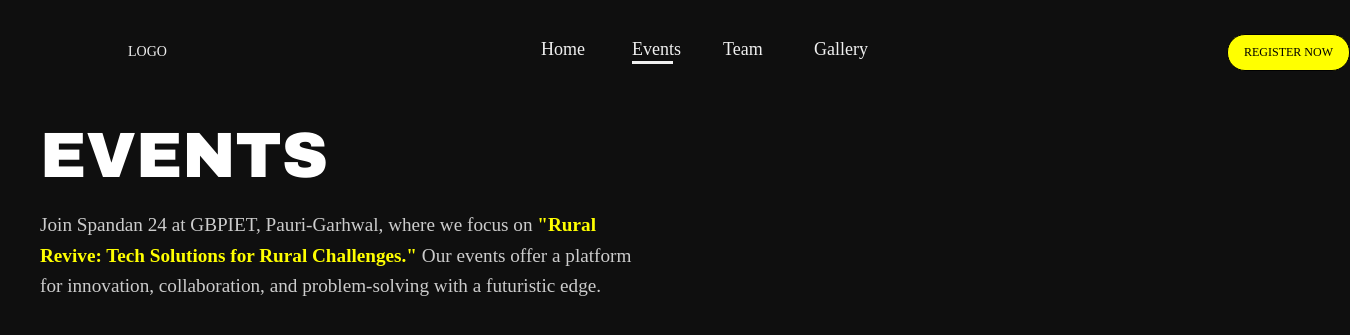
Repository: s4bbi/spandan-3.0
Page: /Events
The author's editor kept a copy of each file at every save. The page is drawn from the files as they stood at one save, then again after a run of saves.
The browser window is 1280 px wide. The page is 1350 px wide, so the pictures cover 1350 px, including what lies to the right of the window. The pictures show the whole page.
The project was rebuilt for these pictures with package versions that can differ from the ones it lists, and the page was loaded fresh each time. Also part of the build but not shown: vite.config.js, src/pages/Home/Home.jsx.

Above is the page before, as saved 2024-11-02 02:22:08.

### src/App.jsx
import React from 'react'
import Navbar from './components/Navbar/Navbar'
import { Route, Routes } from 'react-router-dom'
import Home from  './pages/Home/Home'
import Events from  './pages/Events/Events'


const App = () => {
  return (
    <div className='app'>
      <Navbar/>
      { <Routes>
        <Route path="/" element={<Home />} />
        <Route path="Events" element={<Events />} />
      </Routes> }
    </div>
  )
}

export default App

### src/components/Navbar/Navbar.jsx
import React, {useState} from 'react'
import './Navbar.css'
// import {assets} from'../../assets/assets'
const Navbar = () => {

  const [menu,setMenu] = useState("Events");
  return (
    <div className='navbar'>
        <h1 className="logo">LOGO</h1>
        <ul className="navbar-menu">
            <li onClick={()=>setMenu("Home")} className={menu=="Home"?"active":""}>Home</li>
            <li onClick={()=>setMenu("Events")} className={menu=="Events"?"active":""}>Events</li>
            <li onClick={()=>setMenu("Team")} className={menu=="Team"?"active":""}>Team</li>
            <li onClick={()=>setMenu("Gallery")} className={menu=="Gallery"?"active":""}>Gallery</li>
        </ul>


        <button>REGISTER NOW</button>
     </div>

  )
}

export default Navbar

### src/pages/Events/Events.jsx
import React from 'react'
import './Events.css'
import HeroSection from '../../components/HeroSection/HeroSection'

const Events = () => {
  return (
    <div>
      <HeroSection/>
    </div>
  )
}

export default Events

### src/components/Navbar/Navbar.css
.navbar{
    width: 1222px;
    height: 37px;
    margin-top: 34px;
    margin-left: 128px;
    border-radius: 20px 0px 0px 0px;
    display: flex;
    justify-content: space-between;
    align-items: center;
}

.logo{
    width: 41px;
    height: 17px;
    font-family: Gilroy-Light;
    font-size: 14px;
    font-weight: 400;
    line-height: 16.8px;
    text-align: left;
    color:#F0F0F0;
   }

.navbar-menu{
    display:flex;
    list-style:none;
    gap:50px;
    color:#F0F0F0;
    ;
   }

.navbar button{
    background:transparent;
    font-size: 12px;
    background-color:#FFFF00;
    font-family: Gilroy-SemiBold;
    border: 1px solid #010101;
    ;
    padding: 10px 16px 10px 16px;
    border-radius: 18px 18px 18px 18px;
    cursor: pointer;}
    /* transition: 0.3s; */
    /* width: Hug (132px)px; */
 /* height: Hug (37px)px;
top: 34px;
left: 1218px;
padding: 10px 16px 10px 16px;
} */

  .navbar button:hover{
    background-color:#FFFFFF;
    color: #e74c3c;
    }

  /* .navbar .active{
    padding-bottom: 3px;
    border-bottom: 3px solid #49557e;
}   */

.navbar .active {
    padding-bottom: 3px;
    border-bottom: 3px solid #F0F0F0;}
.navbar li{
    cursor: pointer;
    width: 41px;
    height: 17px;
    font-family: Gilroy-SemiBold;
    font-size: 18px;
    font-weight: 400;
    line-height: 17.15px;
    text-align: left;
}

### src/components/HeroSection/HeroSection.jsx
import React from 'react'
import "./HeroSection.css";
// import roboticHandImage from "../assets/eventsHand.webp";




const HeroSection = () => {
  return (
    <div>
      <section className="hero">
      <div className="hero-text">
        <h1 className="hero-title">EVENTS</h1>
        <p className="hero-description">
          Join Spandan 24 at GBPIET, Pauri-Garhwal, where we focus on <span className="highlight">"Rural Revive: Tech Solutions for Rural Challenges."</span> Our events offer a platform for innovation, collaboration, and problem-solving with a futuristic edge.
        </p>
      </div>
      {/* <img src={roboticHandImage} alt="Robotic Hand" className="hero-image" /> */}
    </section>
    </div>
  )
}

export default HeroSection

### src/components/HeroSection/HeroSection.css
.hero {
    display: flex;
    align-items: center;
    justify-content: space-between;
    padding-top: 50px;
    max-width: 1200px;
    margin: 0 auto;
  }

  .hero-text {
    width: 50%;
    color: white;
  }

  .hero-title {
    font-size: 4em;
    margin: 0;
    font-family: 'Arial Black', sans-serif;
  }

  .hero-description {
    margin-top: 20px;
    font-size: 1.2em;
    line-height: 1.6;
    color: #ccc;
  }

  .highlight {
    color: yellow;
    font-weight: bold;
  }

  .hero-image {
    width: 45%;
    max-width: 500px;
    height: auto;
  }

### public/style.css
*{
    margin:0px;
    padding:0px;
}

body{
    background-color: #0f0f0f;
}

Loaded but not shown: index.html (common file); src/main.jsx (common file); src/pages/Events/Events.css (no stored copy; drawn as an empty file)

After the next 2 saves:
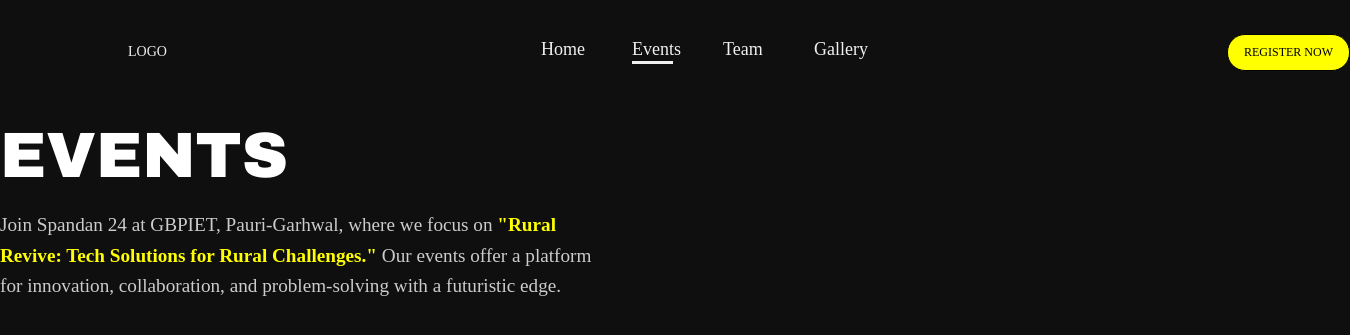
The 2 saves are shown as one change because they came seconds apart.
The last was saved 33 s later.
--- a/src/components/HeroSection/HeroSection.css
+++ b/src/components/HeroSection/HeroSection.css
@@ -4,7 +4,7 @@
     justify-content: space-between;
     padding-top: 50px;
     max-width: 1200px;
-    margin: 0 auto;
+    margin: 192 auto;
   }
 
   .hero-text {
